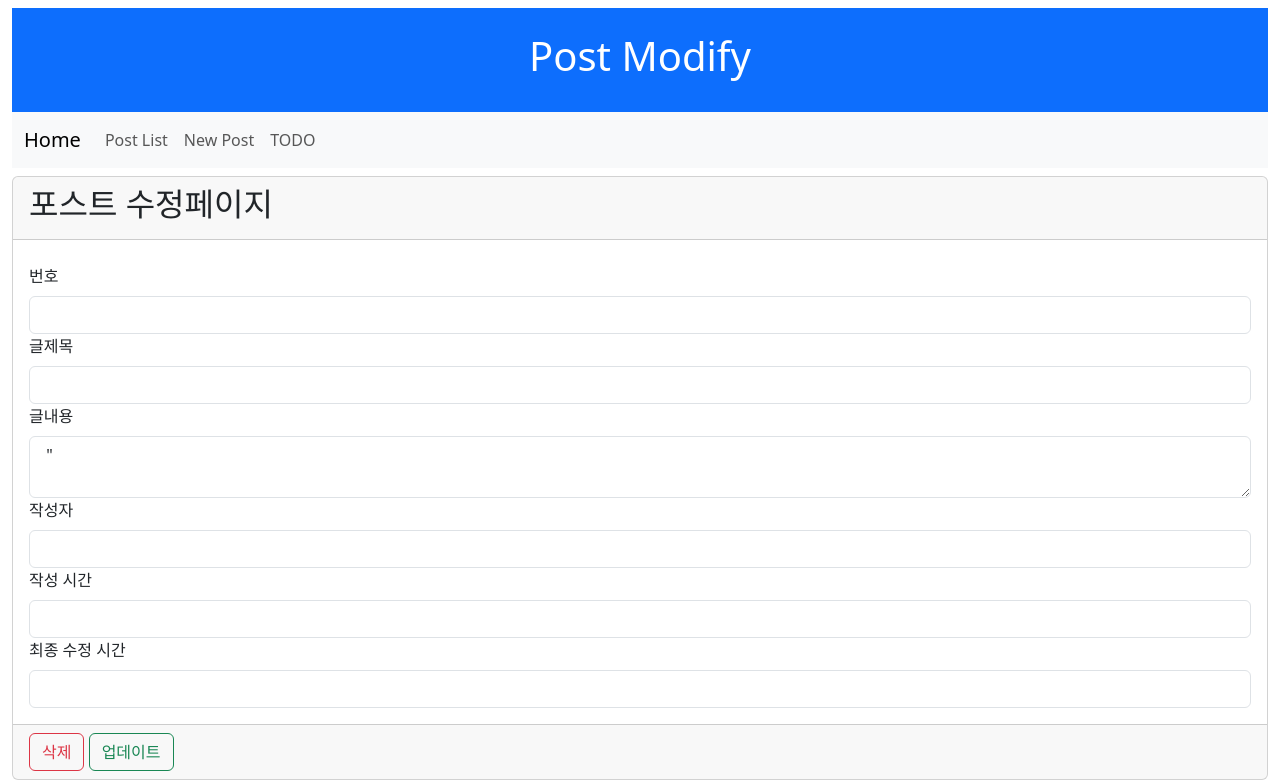
Repository: ldj0905/javaproject
Page: http://localhost/lab05_jsp/WEB-INF/views/post/modify.jsp
The author's editor kept a copy of each file at every save. The page is drawn from the files as they stood at one save, then again after the next save.
The browser window is 1280 px wide. The pictures show the whole page.
The page is served by Tomcat 10. Nobody is signed in. Other server files are loaded and not shown. The template is opened directly, without the code that normally fills it, so the values that code supplies are empty.

Above is the page before, as saved 2024-05-29 08:07:06.

### lab05_jsp/src/main/webapp/WEB-INF/views/post/modify.jsp
<%@ page language="java" contentType="text/html; charset=UTF-8"
    pageEncoding="UTF-8" trimDirectiveWhitespaces="true"%>
<%@ taglib prefix="c" uri="jakarta.tags.core"%>
<!DOCTYPE html>
<html>
<head>
<meta charset="UTF-8">
<meta name="viewport" content="width=device-width, initial-scale=1">
<title>lab05</title>
<link
    href="https://cdn.jsdelivr.net/npm/bootstrap@5.3.3/dist/css/bootstrap.min.css"
    rel="stylesheet"
    integrity="sha384-QWTKZyjpPEjISv5WaRU9OFeRpok6YctnYmDr5pNlyT2bRjXh0JMhjY6hW+ALEwIH"
    crossorigin="anonymous">
</head>
<body>
    <div class="container-fluid">
        <c:set var="pageTitle" value="Post Modify" />
        <%-- scope의 기본값은 page(무슨말이지) --%>
        <%@ include file="../fragments/header.jspf"%>

        <main>
            <div class="mt-2 card">
                <div class="card-header">
                    <h2>포스트 수정페이지</h2>
                </div>
                <div class="card-body">
                    <form>
                        <div class="mt-2">
                            <label for="id" class="form-label">번호</label>
                            <input id="id" class="form-control"
                                type="text" value="${post.id}" readonly  />
                        </div>
                        <div>
                            <label for="title" class="form-label">글제목</label>
                            <input id="title" class="form-control"
                                type="text" value="${post.title}"
                                 />
                        </div>
                        <div >
                            <label for="content" class="form-label" >글내용</label>
                            <textarea id="content" class="form-control"
                                > ${post.content}" </textarea>
                        </div>
                        <div>
                            <label for="author" class="form-label">작성자</label>
                            <input id="author" class="form-control"
                                type="text" value="${post.author}"  readonly
                                 /> <!-- 수정 할수있을라면 사용자이름이랑 일치하는지 확인할라고 일단 냄겨둠 -->
                        </div>
                        <div>
                            <label for="createdTime" class="form-label">작성
                                시간</label> <input id="createdTime"
                                class="form-control" type="text"
                                value="${post.createdTime}" readonly />
                        </div>
                        <div>
                            <label for="modifiedTime" class="form-label">최종
                                수정 시간</label> <input id="modifiedTime"
                                class="form-control" type="text"
                                value="${post.modifiedTime}" readonly />
                        </div>
                    </form>
                </div>
                <div class ="card-footer">
                    <button id = "btnDelete" class = "btn btn-outline-danger">삭제</button> <!-- 글삭제  -->
                    <button id = "btnUpdate" class = "btn btn-outline-success">업데이트</button> <!--  수정한거 저장하기 -->
                </div>
            </div>
        </main>
    </div>


    <script
        src="https://cdn.jsdelivr.net/npm/bootstrap@5.3.3/dist/js/bootstrap.bundle.min.js"
        integrity="sha384-YvpcrYf0tY3lHB60NNkmXc5s9fDVZLESaAA55NDzOxhy9GkcIdslK1eN7N6jIeHz"
        crossorigin="anonymous"></script>
</body>
</html>

### lab05_jsp/src/main/webapp/WEB-INF/views/fragments/header.jspf
<%@ page language="java" contentType="text/html; charset=UTF-8"
    pageEncoding="UTF-8" trimDirectiveWhitespaces="true"%>
<%@ taglib prefix="c" uri="jakarta.tags.core" %>

<header class="mt-2 p-4 bg-primary text-white text-center">
    <h1>${pageTitle}</h1>
</header>

<nav class="navbar navbar-expand-lg bg-body-tertiary">
    <div class="container-fluid">
        <c:url var="homePage" value="/" />
        <a class="navbar-brand" href="${homePage}">Home</a>
        <button class="navbar-toggler" type="button"
            data-bs-toggle="collapse" data-bs-target="#navbarNav"
            aria-controls="navbarNav" aria-expanded="false"
            aria-label="Toggle navigation">
            <span class="navbar-toggler-icon"></span>
        </button>
        <div class="collapse navbar-collapse" id="navbarNav">
            <ul class="navbar-nav">
                <li class="nav-item">
                    <c:url var="postListPage" value="/post/list" />
                    <a class="nav-link" href="${postListPage}">Post List</a>
                </li>
                <li class="nav-item">
                    <c:url var="newPostPage" value="/post/create" />
                    <a class="nav-link" href="${newPostPage}">New Post</a>
                </li>
                <li class="nav-item">
                    <a class="nav-link" href="#">TODO</a>
                </li>
            </ul>
        </div>
    </div>
</nav>

After the next save:
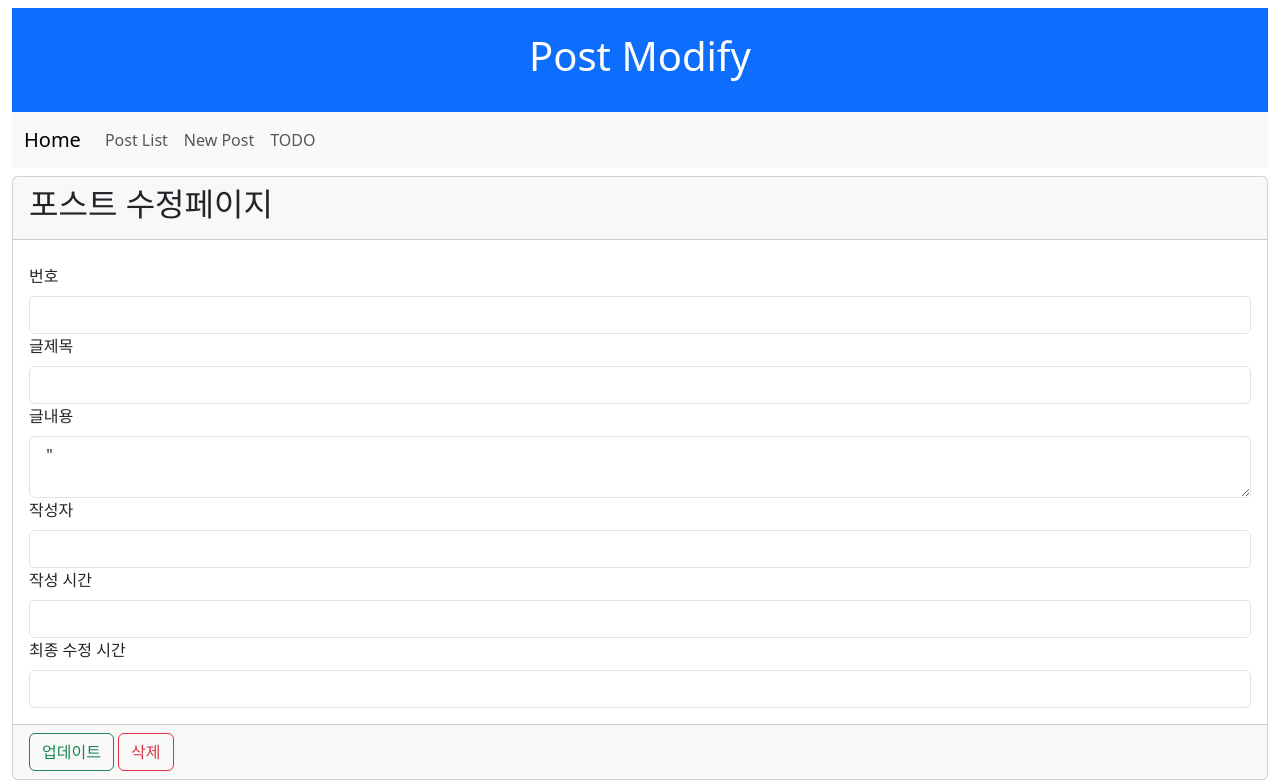
Saved 17 s later.
--- a/lab05_jsp/src/main/webapp/WEB-INF/views/post/modify.jsp
+++ b/lab05_jsp/src/main/webapp/WEB-INF/views/post/modify.jsp
@@ -63,8 +63,8 @@
                     </form>
                 </div>
                 <div class ="card-footer">
+                    <button id = "btnUpdate" class = "btn btn-outline-success">업데이트</button> <!--  수정한거 저장하기 -->
                     <button id = "btnDelete" class = "btn btn-outline-danger">삭제</button> <!-- 글삭제  -->
-                    <button id = "btnUpdate" class = "btn btn-outline-success">업데이트</button> <!--  수정한거 저장하기 -->
                 </div>
             </div>
         </main>
